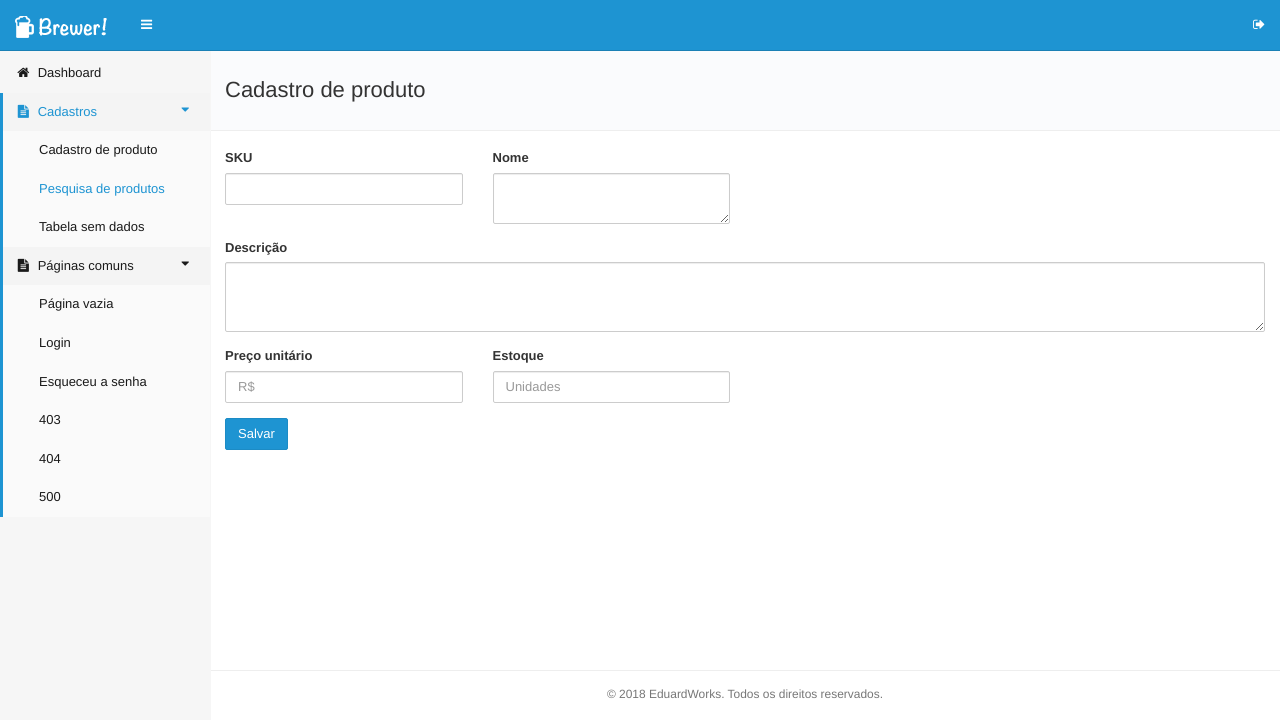
Repository: dumuller/spring-expert
Page: http://localhost/cerveja/CadastroCerveja
These files come from the project's save history. The page is drawn as it stood at one moment and after the next save; the edit follows.
The browser window is 1280 px wide. The pictures show the whole page.
The page is this project's Thymeleaf template; nobody is signed in. The template is opened directly, without the code that normally fills it, so the values that code supplies are empty.

Above is the page before, as saved 2018-12-10 16:24:55.

After the next save:
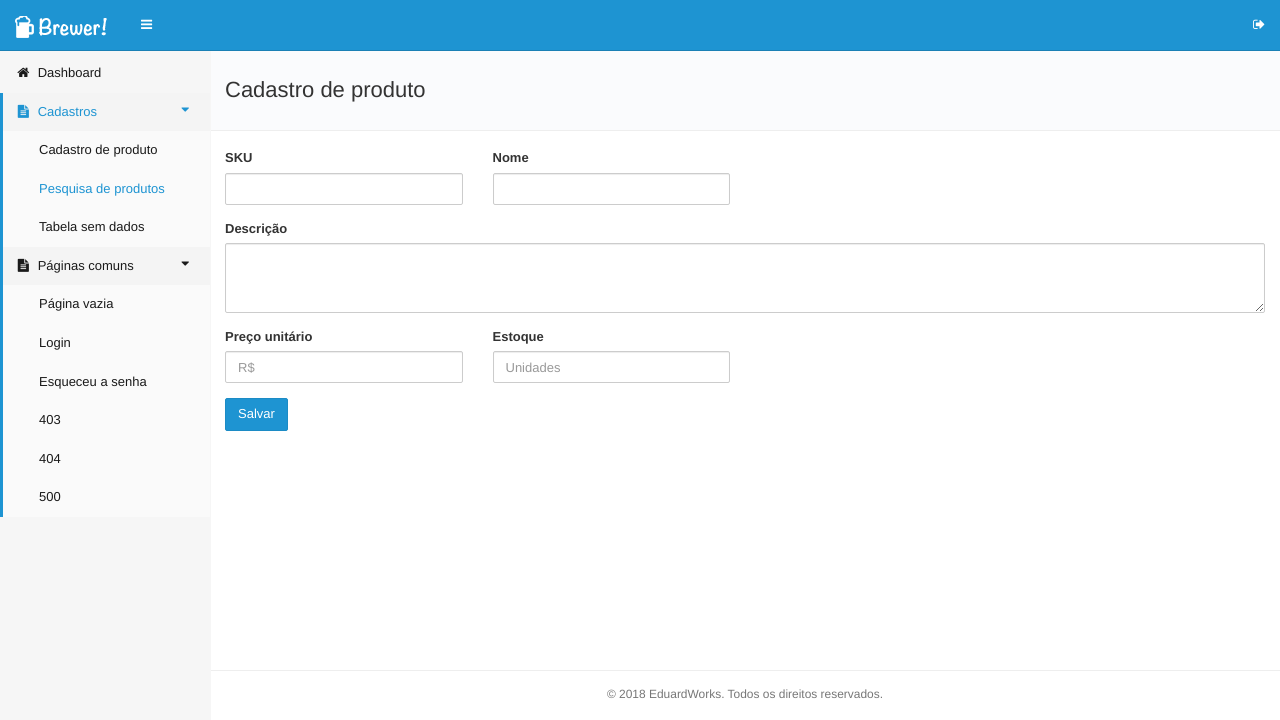
Saved 19 s later.
--- a/brewer/src/main/resources/templates/cerveja/CadastroCerveja.html
+++ b/brewer/src/main/resources/templates/cerveja/CadastroCerveja.html
@@ -124,7 +124,7 @@
 						<div class="col-sm-3">
 							<div class="form-group">
 								<label for="nome">Nome</label>
-								<textarea id="nome" type="text" class="form-control"></textarea>
+								<input id="nome" type="text" class="form-control"></input>
 							</div>
 						</div>
 
